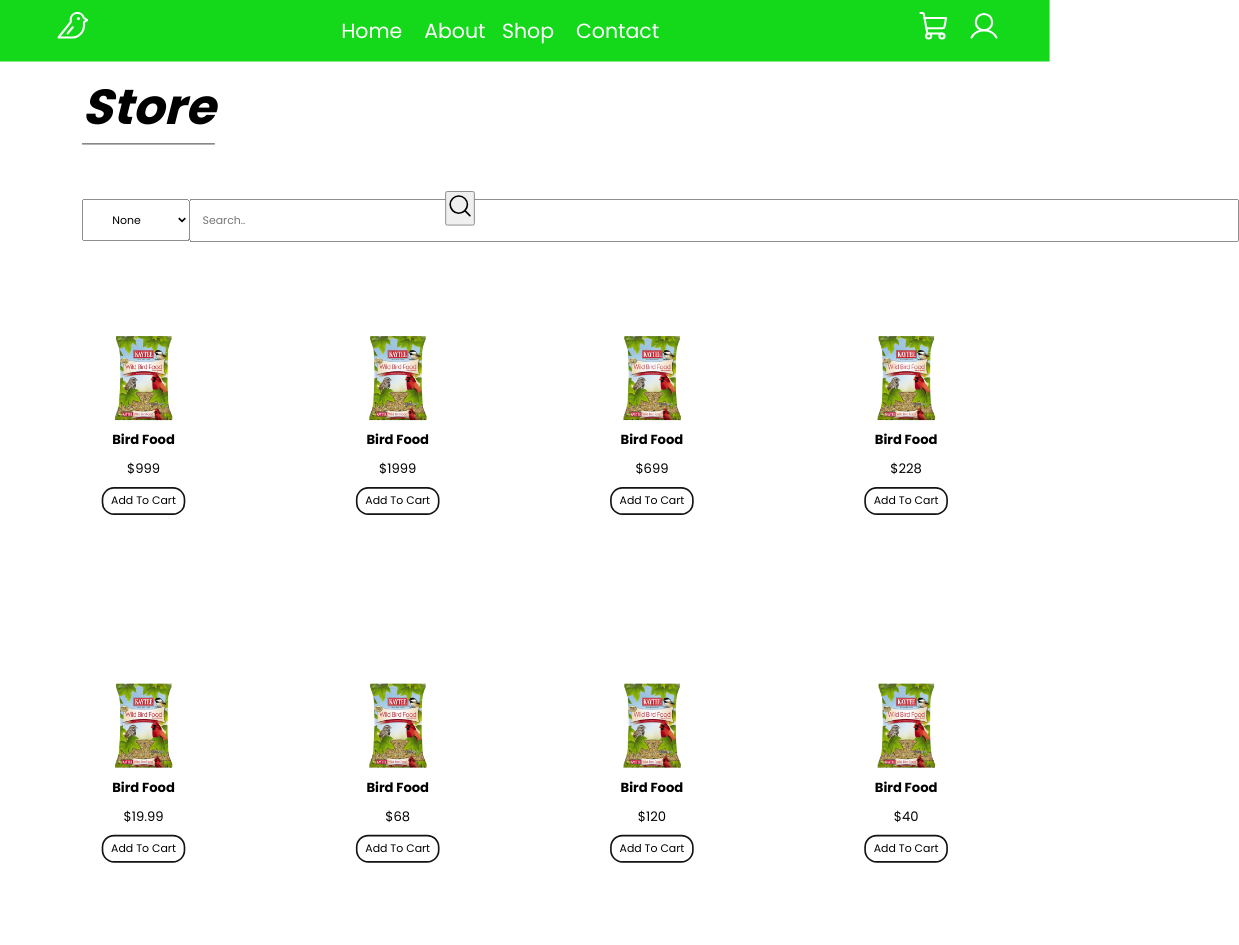
Repository: Vuhainam64/SWP391
Page: / (app in React/swp391-app/)
An editor plug-in stored every save of this project. The page is shown before and after the next save, followed by the edit.
The browser window is 1280 px wide. The page is 1511 px wide, then 1280 px, so the pictures cover 1511 px, including what lies to the right of the window. The pictures show the whole page, at 82% of full size.
The project was rebuilt for these pictures with package versions that can differ from the ones it lists, and the page was loaded fresh each time. Also part of the build but not shown: React/swp391-app/src/pages/register/register.jsx, React/swp391-app/src/pages/home/home.jsx, React/swp391-app/src/pages/about/about.jsx, React/swp391-app/src/pages/contact/contact.jsx, React/swp391-app/src/pages/cart/cart-item.jsx, React/swp391-app/src/pages/cart/cart.css, React/swp391-app/src/pages/cart/cart.jsx.

Above is the page before, as saved 2023-06-01 13:37:52.

### React/swp391-app/src/App.js
import './App.css';
import { BrowserRouter as Router, Routes, Route } from "react-router-dom";
import { Navbar } from "./components/navbar";
import { Register } from "./pages/register/register";
import { Home } from "./pages/home/home";
import { About } from "./pages/about/about";
import { Shop } from "./pages/shop/shop";
import { Contact } from "./pages/contact/contact";
import { Cart } from "./pages/cart/cart";
import { ShopContextProvider } from './context/shop-context';


function App() {
  return (
    <div className = "App">
      <ShopContextProvider>
        <Router>
          <Navbar />
          <Routes>
            <Route path = "/register" element = {<Register />} />
            <Route path = "/home" element={<Home/>} />
            <Route path = "/about" element={<About/>} />
            <Route path = "/" element = {<Shop />} />
            <Route path = "/contact" element = {<Contact />} />
            <Route path = "/cart" element = {<Cart />} />
          </Routes>
        </Router>
      </ShopContextProvider>
    </div>
  );
}

export default App;

### React/swp391-app/src/App.css
.App {
  width: 100%;
  height: auto;
  min-height: 100vh;
  font-family: 'Segoe UI', Tahoma, Geneva, Verdana, sans-serif;
}

body {
  padding: 0;
  margin: 0;
}

### React/swp391-app/src/components/navbar.jsx
import React from "react";
import { Link } from "react-router-dom";
import { ShoppingCart, Bird, User } from "phosphor-react";
import "./navbar.css";

export const Navbar = () => {
  return (
    <div className="navbar">
      <div className="links">
        <div className="icon">
          <Link to="/home">
            <Bird size={40} />
          </Link>
        </div>
        <div className="middle">
          <Link to="/home"> Home </Link>
          <Link to="/about">About</Link>
          <Link to="/">Shop</Link>
          <Link to="/contact"> Contact</Link>
        </div>
        <div className="end">
          <Link to="/cart">
            <ShoppingCart size={40} />
          </Link>
            <Link to="/register">
                <User size={40}/>
            </Link>
        </div>
      </div>
    </div>
  );
};

### React/swp391-app/src/pages/shop/shop.jsx
import React from "react";
import { PRODUCTS } from "../../products";
import { Product } from "./product";
import { MagnifyingGlass } from "phosphor-react";
import "./shop.css";

export const Shop = () => {
  return (
    <div className="shop">
      <div className="shopTitle">
        <h3>Store</h3>
      </div>

      <div class="form-shop">
        <label>
          <select>
            <option selected> None </option>
            <option>Seed</option>
            <option>Suet</option>
            <option>Nectar</option>
            <option>Fruit</option>
            <option>Insect</option>
          </select>
        </label>
        <div className="search-bar">
        <input type="text" placeholder="Search.."/>
        <div className="icon-search">
        <button>
            <MagnifyingGlass size={32} />
        </button>
        </div>
        </div>
      </div>

      <div className="products">
        {PRODUCTS.map((product) => (
          <Product data={product} />
        ))}
      </div>
    </div>
  );
};

### React/swp391-app/src/context/shop-context.jsx
import { createContext, useEffect, useState } from "react";
import { PRODUCTS } from "../products";

export const ShopContext = createContext(null);

const getDefaultCart = () => {
    let cart = {};
    for (let i = 1; i < PRODUCTS.length + 1; i++) {
        cart[i] = 0;
    }
    return cart;
}

export const ShopContextProvider = (props) => {
    const [cartItems, setCartItems] = useState(getDefaultCart());

    const getTotalCartAmount = () => {
        let totalAmount = 0;
        for (const item in cartItems) {
            if (cartItems[item] > 0) {
                let itemInfo = PRODUCTS.find((product) => product.id === Number(item));
                totalAmount += cartItems[item] *itemInfo.price;
            }
        }
        return totalAmount;
    };

    const addToCart = (itemId) => {
        setCartItems((prev) => ({ ...prev, [itemId]: prev[itemId] + 1}));
    };

    const removeFromCart = (itemId) => {
        setCartItems((prev) => ({ ...prev, [itemId]: prev[itemId] - 1}));
    };

    const updateCartItemCount = (newAmount, itemId) => {
        setCartItems((prev) => ({ ...prev, [itemId]: newAmount }));
    };

    const checkout = () => {
        setCartItems(getDefaultCart());
    };

    const contextValue = {
        cartItems,
        addToCart,
        updateCartItemCount,
        removeFromCart,
        getTotalCartAmount,
        checkout,
    };

    return (
        <ShopContext.Provider value={contextValue}>
            {props.children}
        </ShopContext.Provider>
    );
};

### React/swp391-app/src/components/navbar.css
.navbar {
    width: 100%;
    height: 75px;
    background-color: rgb(20, 217, 27);
    display: flex;
    justify-content: center;
    align-items: center;
}

.links {
    margin-right: 50px;
    display: flex;
    align-items: center;
    justify-content: space-between;
    width: 100%;
}

.icon {
    margin-left: 50px;
}

.end {
    padding: 0 10px;
}

.links a {
    text-decoration: none;
    color: white;
    margin-left: 20px;
    font-size: 25px;
}

### React/swp391-app/src/pages/register/register.css
/* Import Google font - Poppins */
@import url('https://fonts.googleapis.com/css2?family=Poppins:wght@200;300;400;500;600;700&display=swap');

*{
  margin: 0;
  padding: 0;
  box-sizing: border-box;
  font-family: 'Poppins', sans-serif;
}

.images{
  position: absolute;
  width: 100%;
  height: 100%;
  background-image: linear-gradient(rgba(0,0,0,0.4),rgba(0,0,0,0.4)),url(../../assets/products/7200317.jpg);
  background-position: center;
  background-size: cover;
}

.container{
  position: relative;
  top: 50%;
  left: 50%;
  transform: translate(-50%,-50%);
  max-width: 480px;
  width: 100%;
  background: #fff;
  border-radius: 7px;
  box-shadow: 0 5px 10px rgba(0,0,0,0.3);
}

.container .registration{
  display: none;
}

#check:checked ~ .registration{
  display: block;
}

#check:checked ~ .login{
  display: none;
}

#check{
  display: none;
}

.container .form{
  padding: 2rem;
}

.form header{
  font-size: 2rem;
  font-weight: 500;
  text-align: center;
  margin-bottom: 1.5rem;
}

 .form input{
   height: 60px;
   width: 92%;
   padding: 0 14px;
   font-size: 17px;
   margin-top: 15px;
   margin-bottom: 1.3rem;
   border: 1px solid #ddd;
   border-radius: 6px;
   outline: none;
 }

 .form input:focus{
   box-shadow: 0 1px 0 rgba(0,0,0,0.2);
 }

.form a{
  font-size: 16px;
  color: #009579;
  text-decoration: none;
}

.form a:hover{
  text-decoration: underline;
}

.form input.button{
  color: #fff;
  background: #009579;
  font-size: 1.2rem;
  font-weight: 500;
  letter-spacing: 1px;
  margin-top: 1.7rem;
  cursor: pointer;
  transition: 0.4s;
  width: 100%;
}

.form input.button:hover{
  background: #006653;
}

.signup{
  font-size: 17px;
  text-align: center;
}

.signup label{
  color: #009579;
  cursor: pointer;
}

.signup label:hover{
  text-decoration: underline;
}

.icon-login {
  margin-right: 5px;
}

### React/swp391-app/src/products.js
import product1 from "./assets/products/1.png";
import product2 from "./assets/products/1.png";
import product3 from "./assets/products/1.png";
import product4 from "./assets/products/1.png";
import product5 from "./assets/products/1.png";
import product6 from "./assets/products/1.png";
import product7 from "./assets/products/1.png";
import product8 from "./assets/products/1.png";

export const PRODUCTS = [
  {
    id: 1,
    productName: "Bird Food",
    price: 999.0,
    productImage: product1,
  },
  {
    id: 2,
    productName: "Bird Food",
    price: 1999.0,
    productImage: product2,
  },
  {
    id: 3,
    productName: "Bird Food",
    price: 699.0,
    productImage: product3,
  },
  {
    id: 4,
    productName: "Bird Food",
    price: 228.0,
    productImage: product4,
  },
  {
    id: 5,
    productName: "Bird Food",
    price: 19.99,
    productImage: product5,
  },
  {
    id: 6,
    productName: "Bird Food",
    price: 68.0,
    productImage: product6,
  },
  {
    id: 7,
    productName: "Bird Food",
    price: 120.0,
    productImage: product7,
  },
  {
    id: 8,
    productName: "Bird Food",
    price: 40.0,
    productImage: product8,
  },
];

### React/swp391-app/src/pages/shop/product.jsx
import React, {useContext} from "react";
import { ShopContext } from "../../context/shop-context";

export const Product = (props) => {
    const { id, productName, price, productImage } = props.data;
    const { addToCart, cartItems } = useContext(ShopContext);

    const cartItemCount = cartItems[id];

    return (
        <div className = "product">
            <img src = {productImage} alt=""/>
            <div className = "description">
                <p>
                    <b>{productName}</b>
                </p>
                <p> ${price}</p>
            </div>
            <button className="addToCartBttn" onClick = {() => addToCart(id)}>
                Add To Cart {cartItemCount > 0 && <> ({cartItemCount}) </>}
            </button>
        </div>
    );
};

### React/swp391-app/src/pages/shop/shop.css
.shop {
    padding: 0 20px;
}

.shopTitle {
    margin-top: 10px;
    text-align: center;
    font-size: 40px;
}

.products {
    width: 100%;
    height: auto;
    display: grid;
    grid-template-columns: 1fr 1fr 1fr 1fr;
    place-items: center;

}

.product {
    border-radius: 15px;
    margin: 100px;
    display: flex;
    flex-direction: column;
    justify-content: center;
    align-items: center;
}

.product img {
    width: 100%;
    height: 100%;
}

.product .description {
    text-align: center;
}

.product:hover {
    transition: 0.3s ease-in;
    cursor: pointer;
}

.addToCartBttn {
    background-color: transparent;
    border: 2px solid rgb(19, 19, 19);
    min-width: 100px;
    padding: 5px 10px 5px 10px;
    border-radius: 15px;
}

.addToCartBttn:hover {
    background-color: rgb(19, 19, 19);
    color: white;
    cursor: pointer;
}

.description p,b{
    margin: 10px 0;
}
.shopTitle {
    justify-content: left;
    display: inline-block;
}
.shopTitle h3{
    float: left;
    margin-left: 80px;
    font-size: 60px;
    font-style: italic;
    border-bottom: 1px solid rgb(19, 19, 19);
}

.form-shop {
    display:flex;
    margin-left: 80px;
    margin-bottom: 10px;
    margin-top: 50px;

}

.form-shop select {
    padding: 14px 32px;
}

.form-shop input {
    padding: 14px;
    margin: 10px 10px 10px 0;
    width: 100%;
}

.search-bar {
    width: 30%;
}
.search-bar input{
    position: absolute;
}
.icon-search {
    position: relative;
    float: right;
}

### React/swp391-app/src/pages/contact/contact.css
.contact{
    max-width: 400px;
    margin: 0 auto;
    padding: 20px;
}
.title-contact{
    text-align: center;
}
label{
    display: block;
    margin-top: 10px;
}
.form-contact{

    text-align: center;
}

/* input[type="text"],
.type-email,
input[type="message"],
textarea {
  width: 100%;
  padding: 8px;
  border: 1px solid #ccc;
  border-radius: 4px;
  box-sizing: border-box;
  margin-top: 5px;
  margin-bottom: 10px;
} */

input[type="submit"] {
    background-color: #4CAF50;
    color: white;
    padding: 10px 15px;
    border: none;
    border-radius: 4px;
    cursor: pointer;
    font-size: 16px;
  }

  input[type="submit"]:hover {
    background-color: #45a049;
  }

  textarea {
    height: 100px;
  }

Loaded but not shown: React/swp391-app/public/index.html (common file); React/swp391-app/src/index.js (common file); React/swp391-app/src/index.css (common file); React/swp391-app/src/reportWebVitals.js (common file)

After the next save:
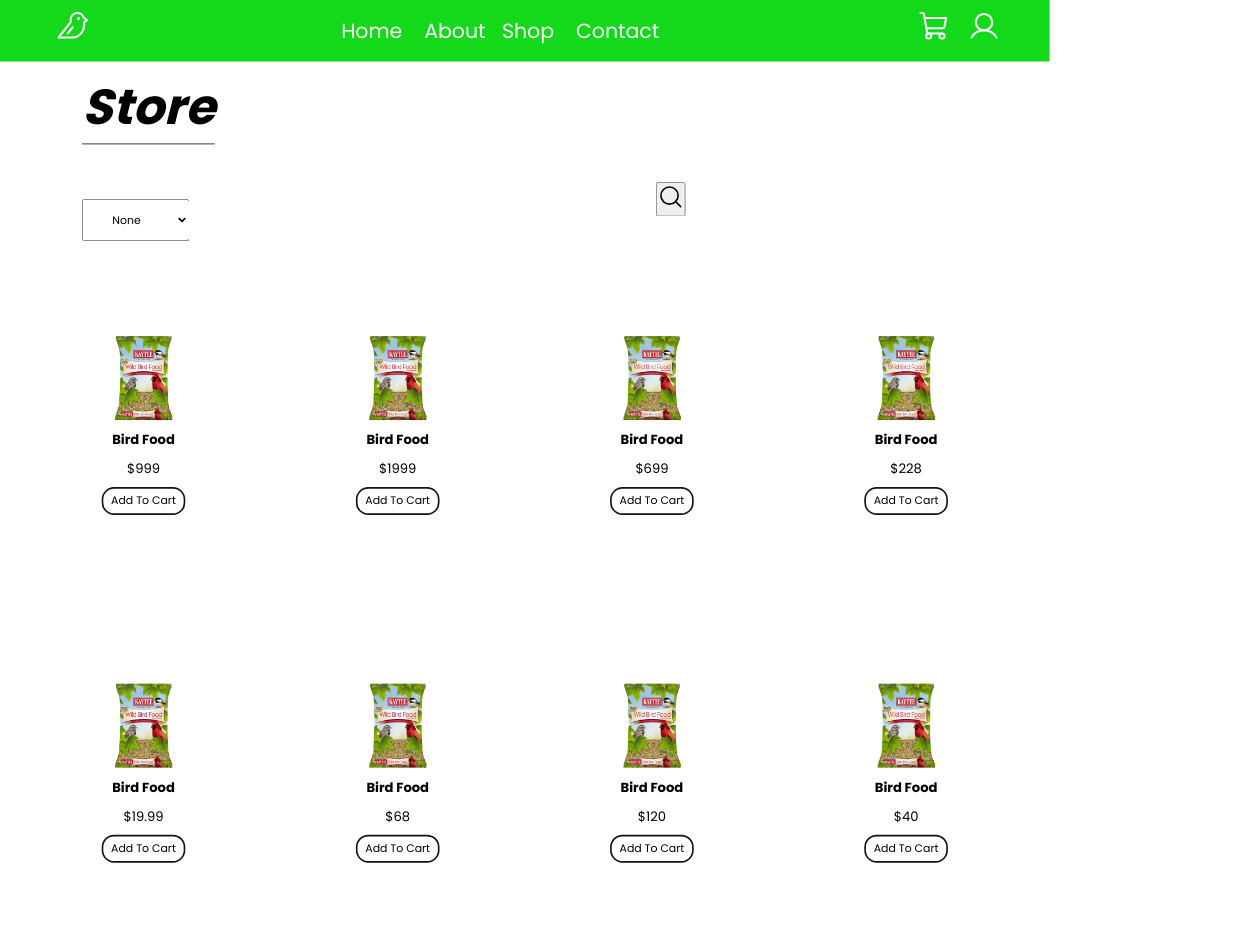
Saved 8 min 41 s later.
--- a/React/swp391-app/src/pages/shop/shop.css
+++ b/React/swp391-app/src/pages/shop/shop.css
@@ -87,7 +87,7 @@
     width: 100%;
 }
 
-.search-bar {
+/* .search-bar {
     width: 30%;
 }
 .search-bar input{
@@ -96,4 +96,46 @@
 .icon-search {
     position: relative;
     float: right;
+} */
+.search-bar{
+    position: relative;
+    top: 50%;
+    left: 50%;
+    transform: translate(-50%,-50%);
+    transition: all 1s;
+    width: 50px;
+    height: 50px;
+    background: white;
+    box-sizing: border-box;
+    border-radius: 25px;
+    border: 4px solid white;
+    padding: 5px;
 }
+.search-bar input{
+    position: absolute;
+    top: 0;
+    left: 0;
+    width: 100%;;
+    height: 42.5px;
+    line-height: 30px;
+    outline: 0;
+    border: 0;
+    display: none;
+    font-size: 1em;
+    border-radius: 20px;
+    padding: 0 20px;
+}
+.icon-search{
+    box-sizing: border-box;
+    padding: 10px;
+    width: 42.5px;
+    height: 42.5px;
+    position: absolute;
+    top: 0;
+    right: 0;
+    border-radius: 50%;
+    color: #07051a;
+    text-align: center;
+    font-size: 1.2em;
+    transition: all 1s;
+}
